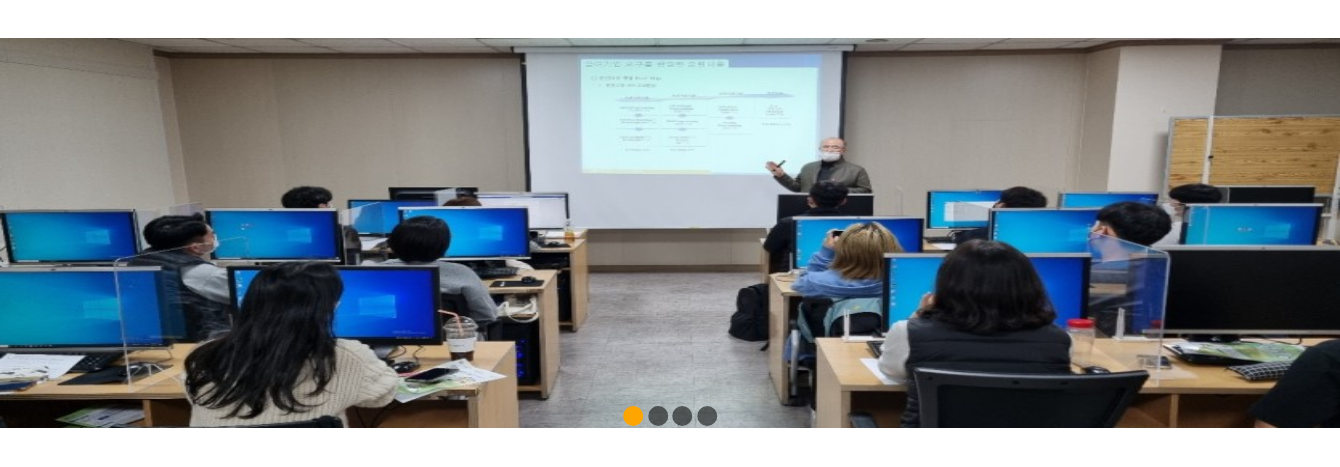
Repository: JavaJin96/kr.or.ddit.HighJava
Page: http://localhost/TeamProjectDCUM/work_kmk/iframe_kmk/slider.jsp
These files come from the project's save history. The page is drawn as it stood at one moment and after the next save; the edit follows.
The browser window is 1280 px wide. The page is 1340 px wide, then 1280 px, so the pictures cover 1340 px, including what lies to the right of the window. The pictures show the whole page.
The page is served by Tomcat 9. Other server files are loaded and not shown.

Above is the page before, as saved 2022-02-16 01:44:19.

### 3.Highjava/workspace/TeamProjectDCUM/WebContent/work_kmk/iframe_kmk/slider.jsp
<%@ page language="java" contentType="text/html; charset=UTF-8"
    pageEncoding="UTF-8"%>
<!DOCTYPE html>
<html>
<head>
<meta charset="UTF-8">
<title>Insert title here</title>
<!-- 카드 -->
<link rel="stylesheet" href="https://cdn.jsdelivr.net/npm/bootstrap@4.6.1/dist/css/bootstrap.min.css">
<script src="https://cdn.jsdelivr.net/npm/jquery@3.5.1/dist/jquery.slim.min.js"></script>
<script src="https://cdn.jsdelivr.net/npm/popper.js@1.16.1/dist/umd/popper.min.js"></script>
<script src="https://cdn.jsdelivr.net/npm/bootstrap@4.6.1/dist/js/bootstrap.bundle.min.js"></script>
<style>
/*---------------------- 슬라이드 ----------------------------*/
.slider{
    width: 1340px;
    height: 390px;
    position: relative;
    margin: 3% auto;
    overflow: hidden; /* 현재 슬라이드 오른쪽에 위치한 나머지 슬라이드 들이 보이지 않도록 가림 */
/*     text-align: center; */
	display: flex;
}
.slider input[type=radio]{
    display: none;
}
img{
	width : 1340px;
	height : 390px;
}

ul.imgs{
    padding: 0;
    margin: 0;
    list-style: none;
}
ul.imgs li{
    position: absolute;
    left: 640px;
    transition-delay: 1s; /* 새 슬라이드가 이동해 오는 동안 이전 슬라이드 이미지가 배경이 보이도록 지연 */
    padding: 0;
    margin: 0;
}

.bullets{
    position: absolute;
    left: 50%;
    transform: translateX(-50%);
    bottom: -6px;
    z-index: 2;
}

.bullets label{
    display: inline-block;
    border-radius: 50%;
    background-color: rgba(0,0,0,0.55);
    width: 20px;
    height: 20px;
    cursor: pointer;
}

/* 현재 선택된 불릿 배경 흰색으로 구분 표시 */
.slider input[type=radio]:nth-child(1):checked~.bullets>label:nth-child(1){
    background-color: orange;
}

.slider input[type=radio]:nth-child(2):checked~.bullets>label:nth-child(2){
    background-color: orange;
}

.slider input[type=radio]:nth-child(3):checked~.bullets>label:nth-child(3){
    background-color: orange;
}

.slider input[type=radio]:nth-child(4):checked~.bullets>label:nth-child(4){
    background-color: orange;
}

 .slider input[type=radio]:nth-child(1):checked~ul.imgs>li:nth-child(1){
     left: 0;
     transition: 0.5s;
     z-index:1;
 }

 .slider input[type=radio]:nth-child(2):checked~ul.imgs>li:nth-child(2){
     left: 0;
     transition: 0.5s;
     z-index:1;
 }

 .slider input[type=radio]:nth-child(3):checked~ul.imgs>li:nth-child(3){
     left: 0;
     transition: 0.5s;
     z-index:1;
 }

 .slider input[type=radio]:nth-child(4):checked~ul.imgs>li:nth-child(4){
     left: 0;
     transition: 0.5s;
     z-index:1;
 }

</style>


</head>
<body>

	<div class="slider" targer="ifr">
	    <input type="radio" name="slide" id="slide1" checked>
	    <input type="radio" name="slide" id="slide2">
	    <input type="radio" name="slide" id="slide3">
	    <input type="radio" name="slide" id="slide4">

	    <ul id="imgholder" class="imgs">
	        <li><img src="../../images/main/학생.jpg"  targer="ifr"></li>
	        <li><img src="../../images/main/학생2.jpg" targer="ifr"></li>
	        <li><img src="../../images/main/학생3.jpg" targer="ifr"></li>
	        <li><img src="../../images/main/학생4.jpg" targer="ifr" ></li>
	    </ul>

	    <div class="bullets">
	        <label for="slide1">&nbsp;</label>
	        <label for="slide2">&nbsp;</label>
	        <label for="slide3">&nbsp;</label>
	        <label for="slide4">&nbsp;</label>
	    </div>
	</div>


</body>
</html>

After the next save:
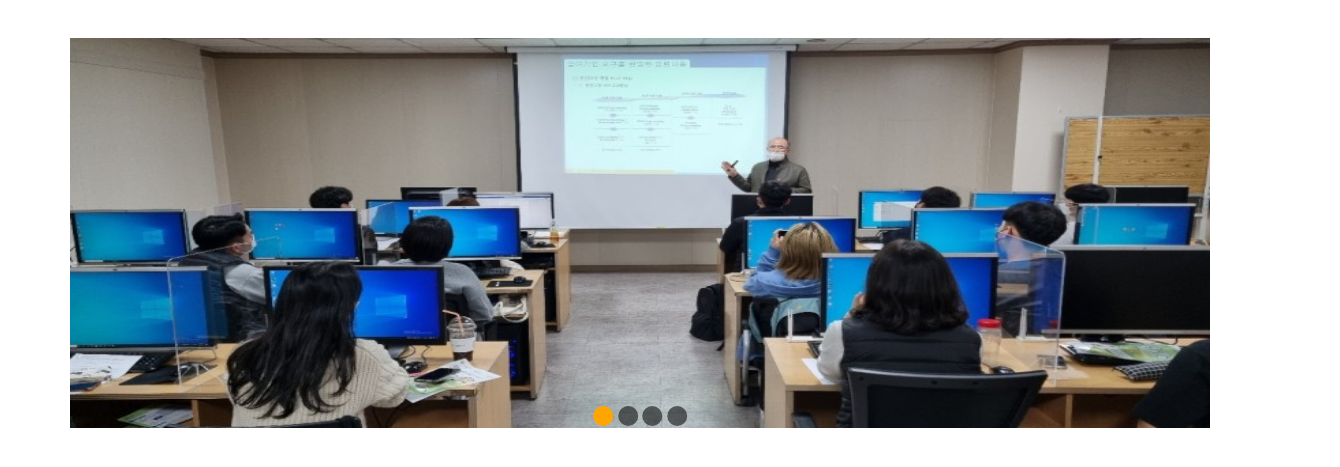
Saved 2 min 41 s later.
--- a/3.Highjava/workspace/TeamProjectDCUM/WebContent/work_kmk/iframe_kmk/slider.jsp
+++ b/3.Highjava/workspace/TeamProjectDCUM/WebContent/work_kmk/iframe_kmk/slider.jsp
@@ -13,7 +13,7 @@
 <style>
 /*---------------------- 슬라이드 ----------------------------*/
 .slider{
-    width: 1340px;
+    width: 1140px;
     height: 390px;
     position: relative;
     margin: 3% auto;
@@ -25,7 +25,7 @@
     display: none;
 }
 img{
-	width : 1340px;
+	width : 1140px;
 	height : 390px;
 }
 
